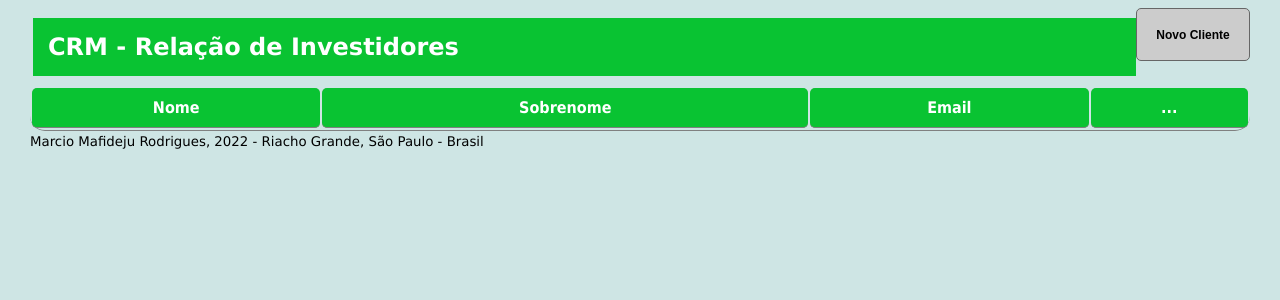
Repository: mafideju/CustomerTracker
Page: http://localhost/web-customer-tracker/WEB-INF/view/list-customers.jsp
An editor plug-in stored every save of this project. The page is shown before and after the next save, followed by the edit.
The browser window is 1280 px wide. The pictures show the whole page.
The page is served by Tomcat 9. Nobody is signed in. The template is opened directly, without the code that normally fills it, so the values that code supplies are empty.

Above is the page before, as saved 2022-01-27 15:54:42.

After the next save:
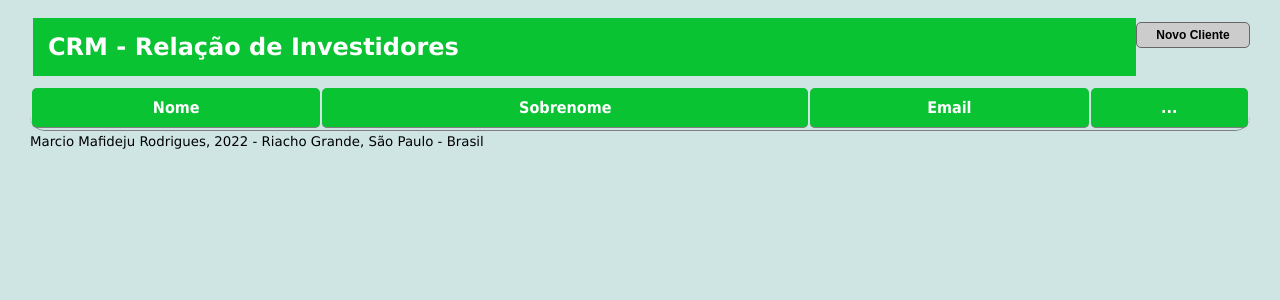
Saved 115 s later.
--- a/web-customer-tracker/WebContent/WEB-INF/view/list-customers.jsp
+++ b/web-customer-tracker/WebContent/WEB-INF/view/list-customers.jsp
@@ -11,7 +11,7 @@
 	<body>
 		<main>
 
-			<div id="wrapper"  style="display: flex; justify-content: center;">
+			<div id="wrapper"  style="display: flex; justify-content: center; align-items: center">
 				<div id="header">
 					<h2>CRM - Relação de Investidores</h2>
 				</div>
